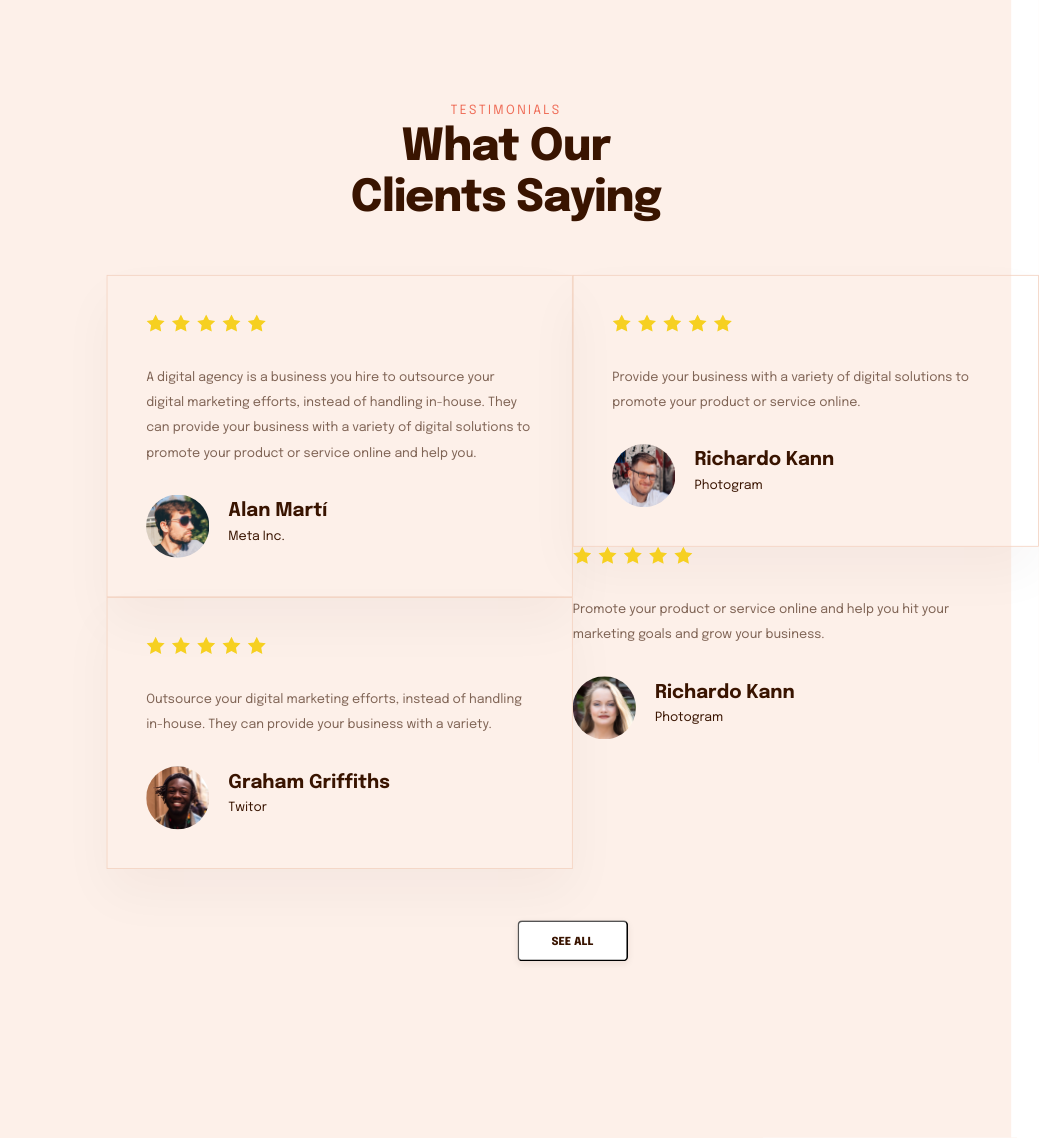
Repository: HeybetzadeQedim/task-6
Page: TESTIMONIALS/index.html
The author's editor kept a copy of each file at every save. The page is drawn from the files as they stood at one save, then again after the next save.
The browser window is 1280 px wide. The page is 1315 px wide, so the pictures cover 1315 px, including what lies to the right of the window. The pictures show the whole page, at 79% of full size.

Above is the page before, as saved 2023-10-30 16:02:51.

After the next save:
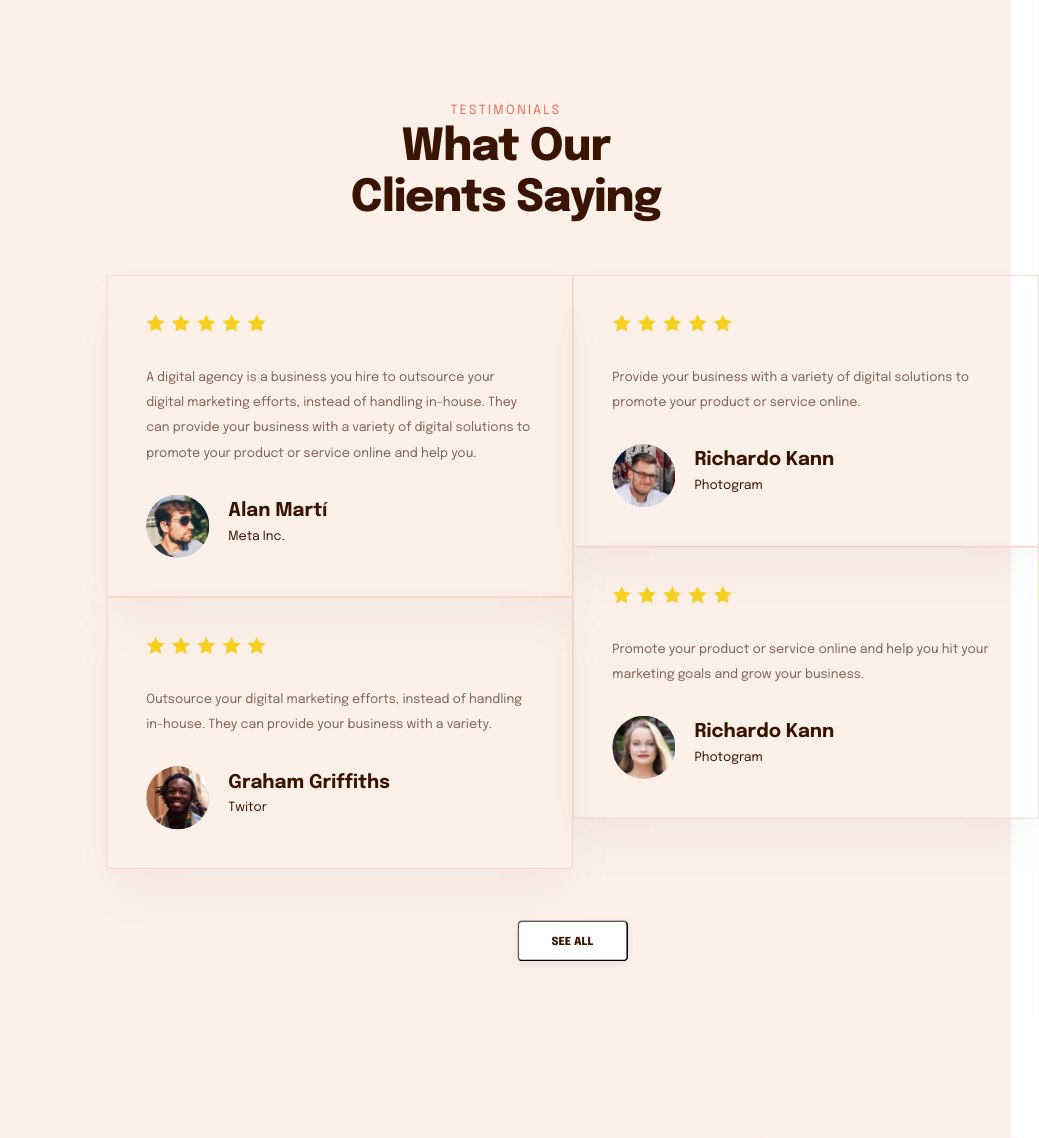
Saved 4 s later.
--- a/TESTIMONIALS/index.html
+++ b/TESTIMONIALS/index.html
@@ -69,7 +69,7 @@
                   </div>
                 </div>
 
-              <div class="box-4">
+              <div class="box-4 box">
                   <img src="images/star.svg" />
                   <p class="text-1">
                     Promote your product or service online and help you hit your
